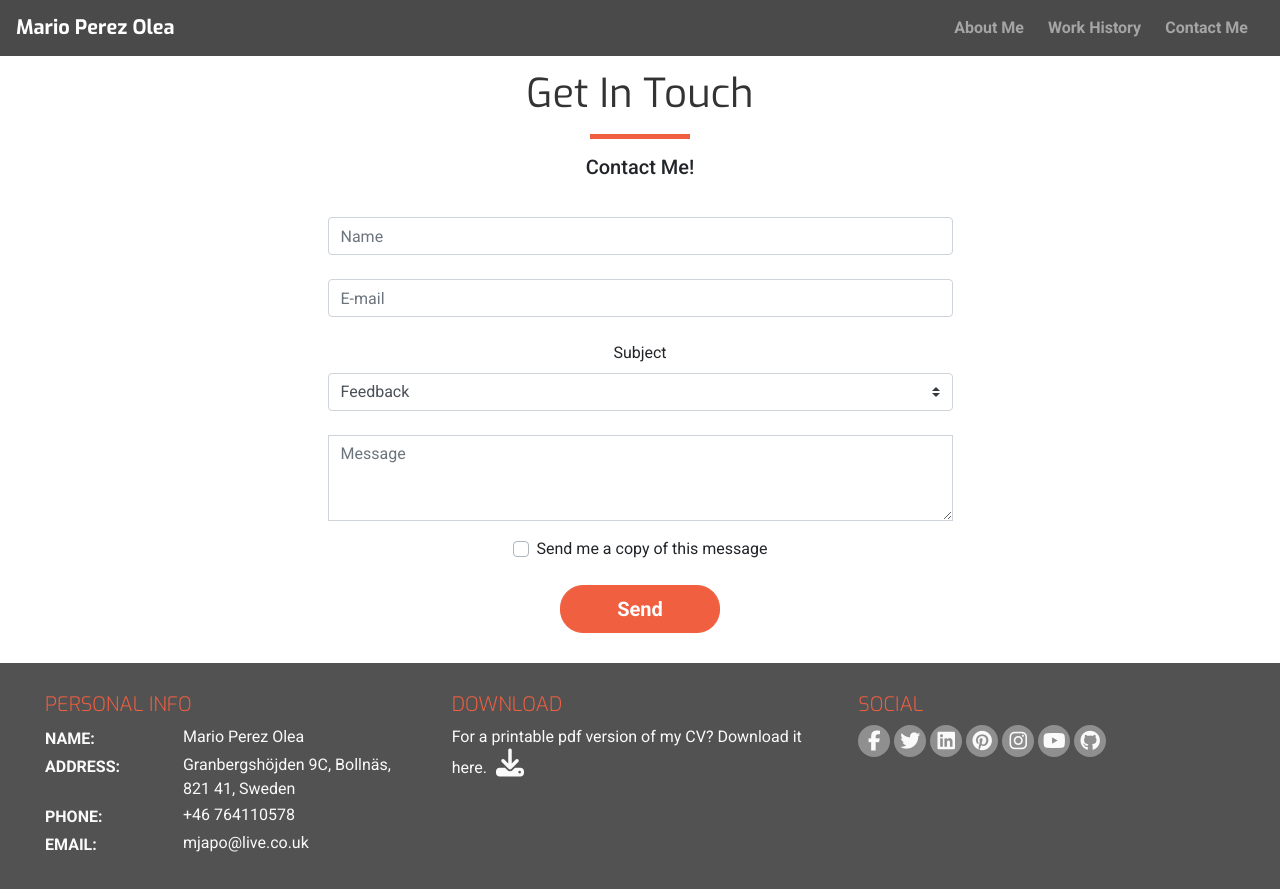
Repository: Supermario78/my-first-milestone-project
Page: contact.html
The author's editor kept a record of every edit. The page is drawn from the files as they stood at one moment, then again after the next edit.
The browser window is 1280 px wide. The pictures show the whole page.
Some web libraries are served in a nearby version.

Above is the page before.

After the next edit:
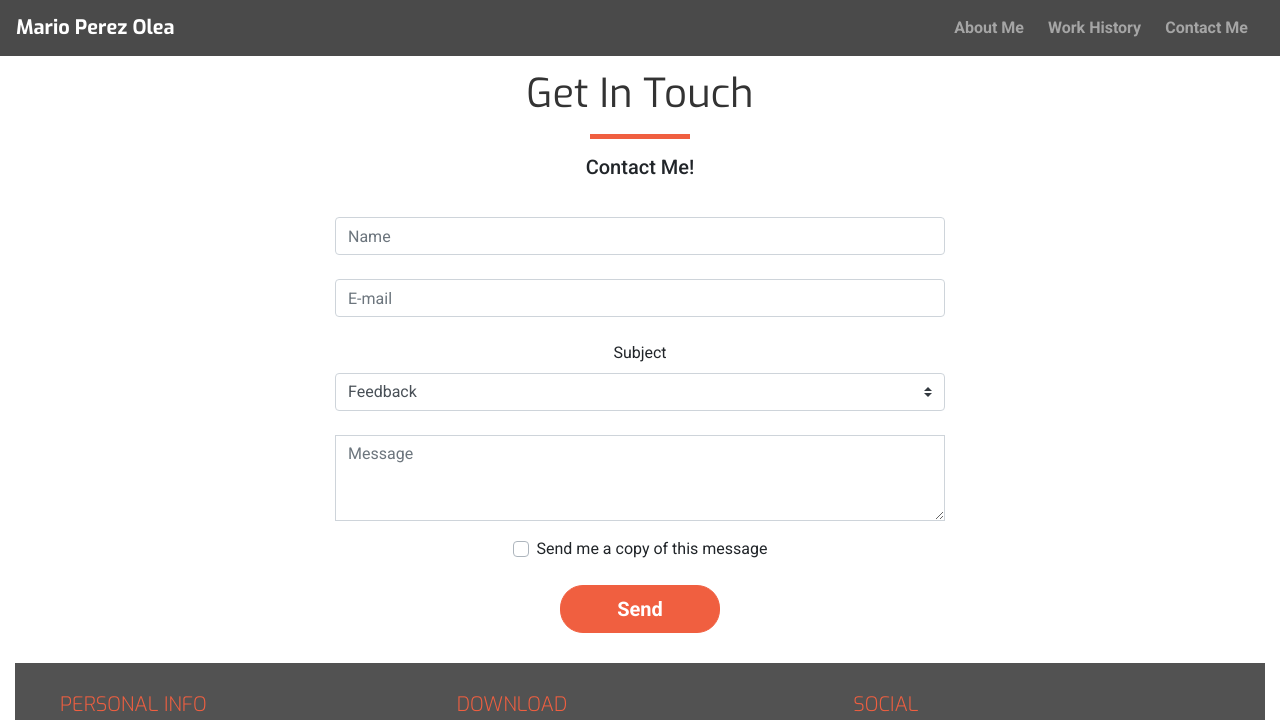
The edit:
--- a/contact.html
+++ b/contact.html
@@ -14,7 +14,7 @@
 </head>
 
 <body>
-    <section class="container-fluid fixed-top">
+    <div class="container-fluid fixed-top">
         <div class="navalert-container navbar-contact">
             <nav class="navbar navbar-dark navbar-expand-sm">
                 <a href="index.html" class="navbar-brand">Mario Perez Olea</a>

After the edit that followed:
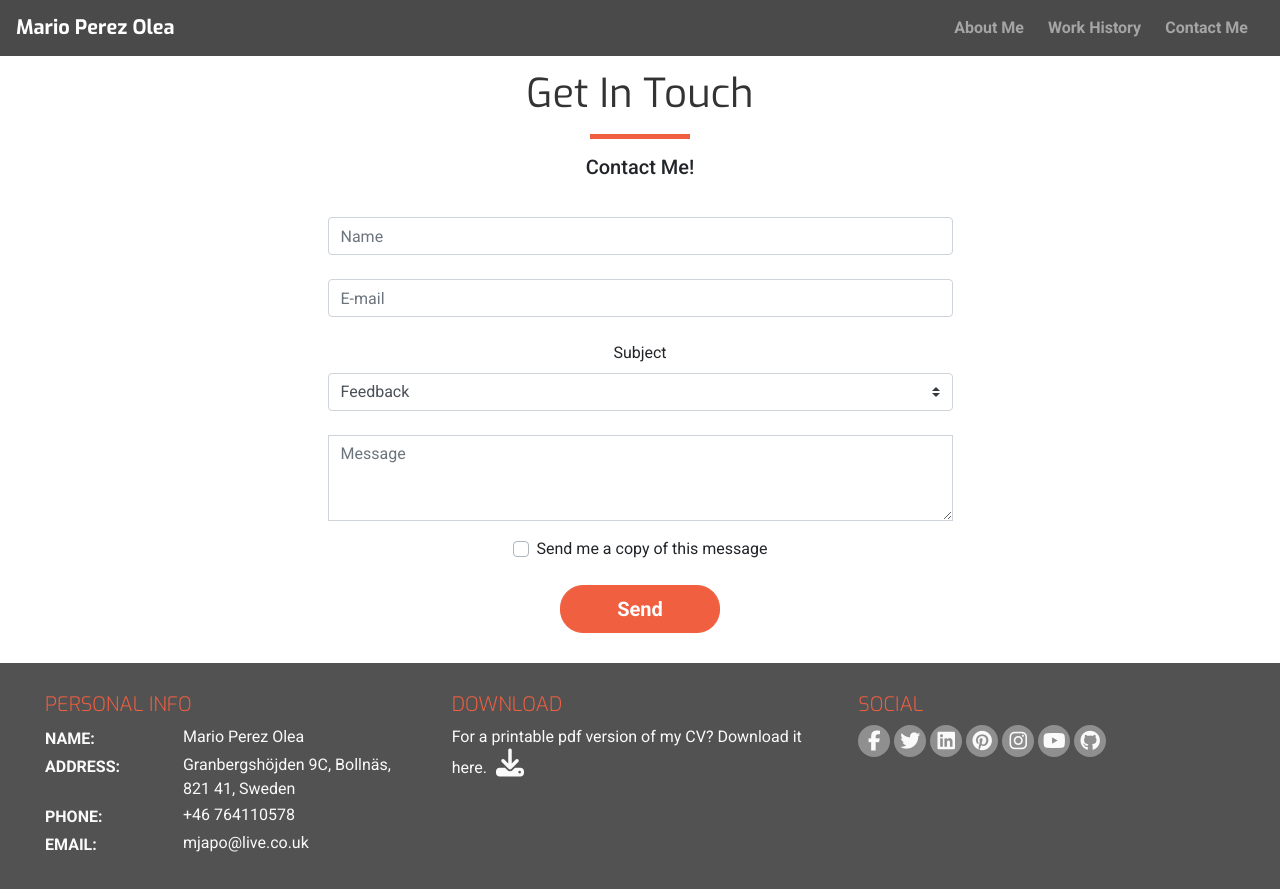
The edit:
--- a/contact.html
+++ b/contact.html
@@ -31,7 +31,7 @@
                 </div>
             </nav>
         </div>
-    </section>
+    </div>
 
     <section class="container-fluid">
         <div class="row bg-color-contact-section">
